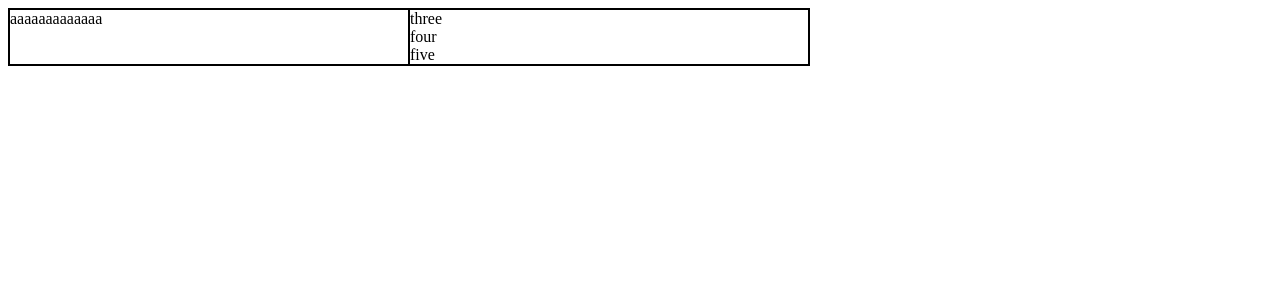
Repository: kpavankumaar/online_uk_class
Page: flex.html
The author's editor kept a copy of each file at every save. The page is drawn from the files as they stood at one save, then again after the next save.
The browser window is 1280 px wide. The pictures show the whole page.

Above is the page before, as saved 2022-01-12 14:21:13.

### flex.html
<!DOCTYPE html>
<!-- <html lang="ar" dir="rtl" > -->
<html lang="en">
<head>
    <meta charset="UTF-8">
    <meta http-equiv="X-UA-Compatible" content="IE=edge">
    <meta name="viewport" content="width=device-width, initial-scale=1.0">
    <title>Document</title>
    <style>
        div.main{
            border:1px solid black;
            width:800px;
            display: flex;
        }
        div.box{
            border:1px solid black;
            flex-basis: 200px;
            flex-grow: 1;
            /* width:400px; */
        }
        .box1{
            /* flex-grow:1; */
        }
        .box2{

        }
        .box3{
            /* flex-grow: 2; */
        }
    </style>
</head>
<body>
    <div class="main">
        <div class="box box1">
            aaaaaaaaaaaaa
        </div>
        <!-- <div class="box box2">two</div> -->
        <div class="box box3">three <br> four <br>five</div>
    </div>
    <!-- <div class="main">
        <div class="box box1">
            ا
        </div>
        <div class="box box2">ب</div>
        <div class="box box3">ت</div>
    </div> -->

</body>
</html>

After the next save:
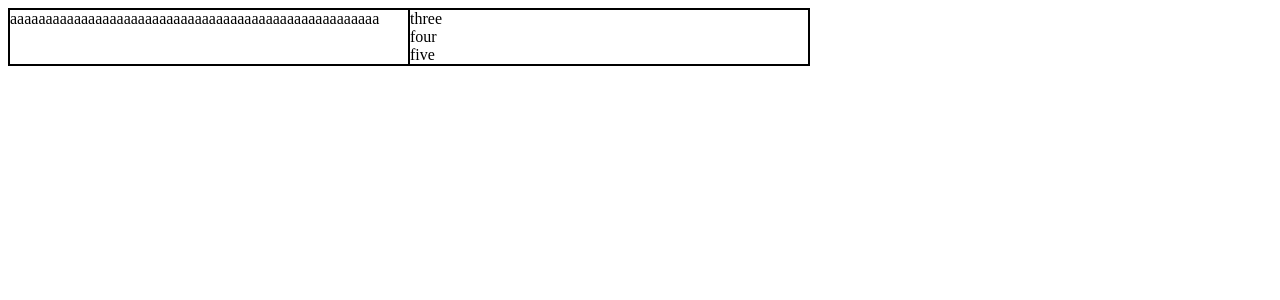
Saved 4 s later.
--- a/flex.html
+++ b/flex.html
@@ -32,7 +32,7 @@
 <body>
     <div class="main">
         <div class="box box1">
-            aaaaaaaaaaaaa
+            aaaaaaaaaaaaaaaaaaaaaaaaaaaaaaaaaaaaaaaaaaaaaaaaaaaa
         </div>
         <!-- <div class="box box2">two</div> -->
         <div class="box box3">three <br> four <br>five</div>
